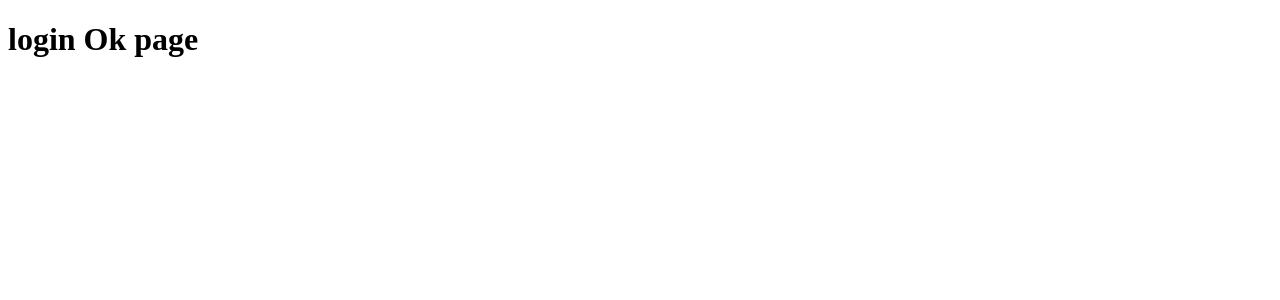
Repository: j-hee-98/Servlet-JSP
Page: http://localhost/step01_Servlet/loginOk.jsp
An editor plug-in stored every save of this project. The page is shown before and after the next save, followed by the edit.
The browser window is 1280 px wide. The pictures show the whole page.
The page is served by Tomcat 10. Other server files are loaded and not shown.

Above is the page before, as saved 2025-04-14 06:28:32.

### step01_Servlet/src/main/webapp/loginOk.jsp
<%@ page language="java" contentType="text/html; charset=UTF-8"
    pageEncoding="UTF-8"%>
<!DOCTYPE html>
<html>
<head>
<meta charset="UTF-8">
<title>Insert title here</title>
</head>
<body>
<h1>login Ok page</h1>
</body>
</html>

After the next save:
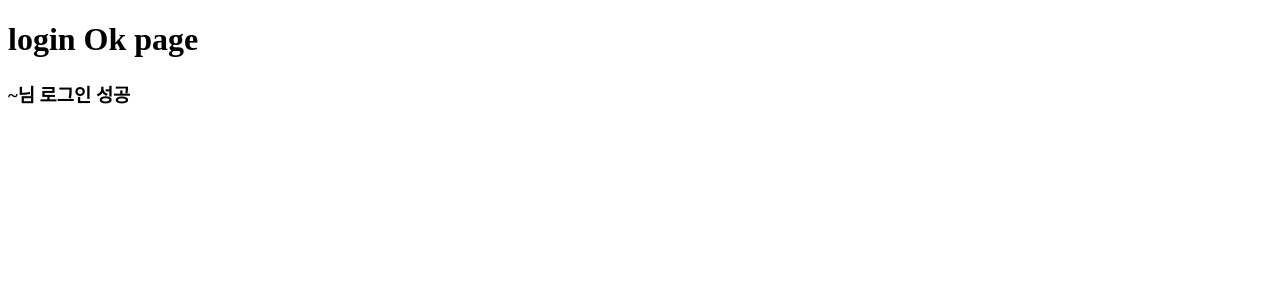
Saved 2 min 27 s later.
--- a/step01_Servlet/src/main/webapp/loginOk.jsp
+++ b/step01_Servlet/src/main/webapp/loginOk.jsp
@@ -8,5 +8,6 @@
 </head>
 <body>
 <h1>login Ok page</h1>
+<h3>~님 로그인 성공</h3>
 </body>
 </html>
